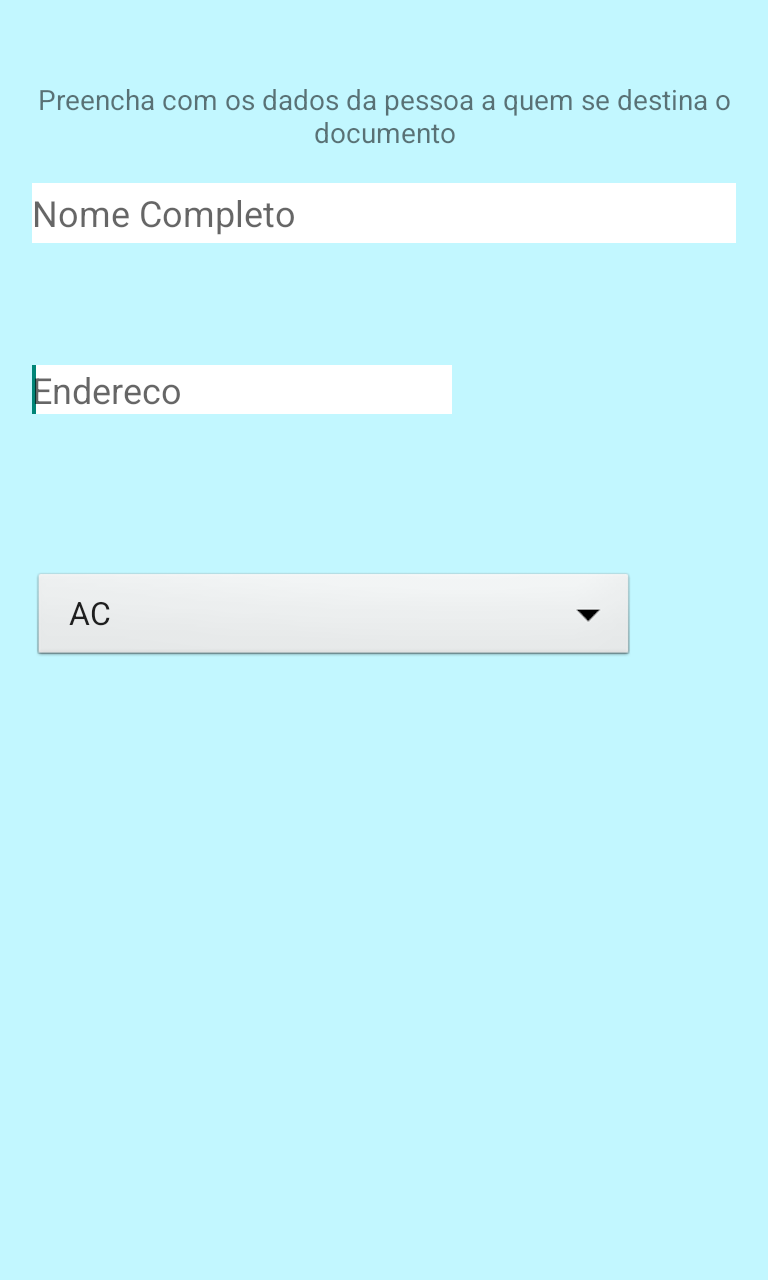
Repository: pdelfino/Projeto-livre
Layout: Protesto Livre/ProtestoLivre/res/layout/fragment_tela05.xml
An editor plug-in stored every save of this project. The layout is shown before and after the next save, followed by the edit.
It is drawn on a 768 x 1280 px phone screen (xhdpi) without system bars, with theme AppTheme; the app's code is not run.

Above is the layout before, as saved 2014-05-29 00:41:22.

### Protesto Livre/ProtestoLivre/res/layout/fragment_tela05.xml
<RelativeLayout xmlns:android="http://schemas.android.com/apk/res/android"
    xmlns:tools="http://schemas.android.com/tools"
    android:layout_width="match_parent"
    android:layout_height="match_parent"
    android:background="#C2F7FF"
    android:paddingBottom="@dimen/activity_vertical_margin"
    android:paddingLeft="@dimen/activity_horizontal_margin"
    android:paddingRight="@dimen/activity_horizontal_margin"
    android:paddingTop="@dimen/activity_vertical_margin"
    tools:context="br.sp.protestolivre.Tela05$PlaceholderFragment" >

    <TextView
        android:id="@+id/textView1"
        android:layout_width="wrap_content"
        android:layout_height="wrap_content"
        android:layout_alignParentTop="true"
        android:layout_centerHorizontal="true"
        android:layout_marginTop="24dp"
        android:gravity="center"
        android:text="Preencha com os dados da pessoa a quem se destina o documento" />

    <Spinner
        android:id="@+id/spinner1"
        android:layout_width="match_parent"
        android:layout_height="wrap_content"
        android:layout_alignRight="@+id/Nome"
        android:layout_alignTop="@+id/Endereco"
        android:layout_marginRight="50dp"
        android:layout_marginTop="102dp"
        android:background="@android:drawable/btn_dropdown"
        android:entries="@array/estados"
        android:spinnerMode="dropdown" />

    <EditText
        android:id="@+id/Endereco"
        android:layout_width="wrap_content"
        android:layout_height="wrap_content"
        android:layout_alignLeft="@+id/spinner1"
        android:layout_below="@+id/Nome"
        android:layout_marginTop="61dp"
        android:background="#ffffff"
        android:ems="10"
        android:hint="Endereco" >

        <requestFocus />
    </EditText>

    <EditText
        android:id="@+id/Nome"
        android:layout_width="wrap_content"
        android:layout_height="30dp"
        android:layout_alignLeft="@+id/textView1"
        android:layout_alignRight="@+id/textView1"
        android:layout_below="@+id/textView1"
        android:layout_marginTop="16dp"
        android:background="#ffffff"
        android:ems="10"
        android:hint="Nome Completo"
        android:inputType="textPersonName" />

</RelativeLayout>

### Protesto Livre/ProtestoLivre/res/values/strings.xml
<?xml version="1.0" encoding="utf-8"?>
<resources>

    <string name="app_name">Protesto Livre</string>
    <string name="hello_world">Hello world!</string>
    <string name="action_settings">Settings</string>
    <string name="title_activity_tela04">Tela04</string>
    <string name="title_activity_tela05">Tela05</string>
	<string-array name="estados">
        <item>AC</item>
		<item>AL</item>
		<item>AP</item>
		<item>AM</item>
		<item>BA</item>
		<item>CE</item>
		<item>DF</item>
		<item>ES</item>
		<item>GO</item>
		<item>MA</item>
		<item>MT</item>
		<item>MS</item>
		<item>MG</item>
		<item>PA</item>
		<item>PB</item>
		<item>PR</item>
		<item>PE</item>
		<item>PI</item>
		<item>RJ</item>
		<item>RN</item>
		<item>RS</item>
		<item>RO</item>
		<item>RR</item>
		<item>SC</item>
		<item>SP</item>
		<item>SE</item>
		<item>TO</item>
    </string-array>
</resources>

Loaded but not shown: Protesto Livre/ProtestoLivre/res/values/styles.xml (common file); Protesto Livre/ProtestoLivre/res/values-v11/styles.xml (common file); Protesto Livre/ProtestoLivre/res/values-v14/styles.xml (common file); Protesto Livre/ProtestoLivre/res/values/dimens.xml (common file); Protesto Livre/ProtestoLivre/res/values-w820dp/dimens.xml (common file)

After the next save:
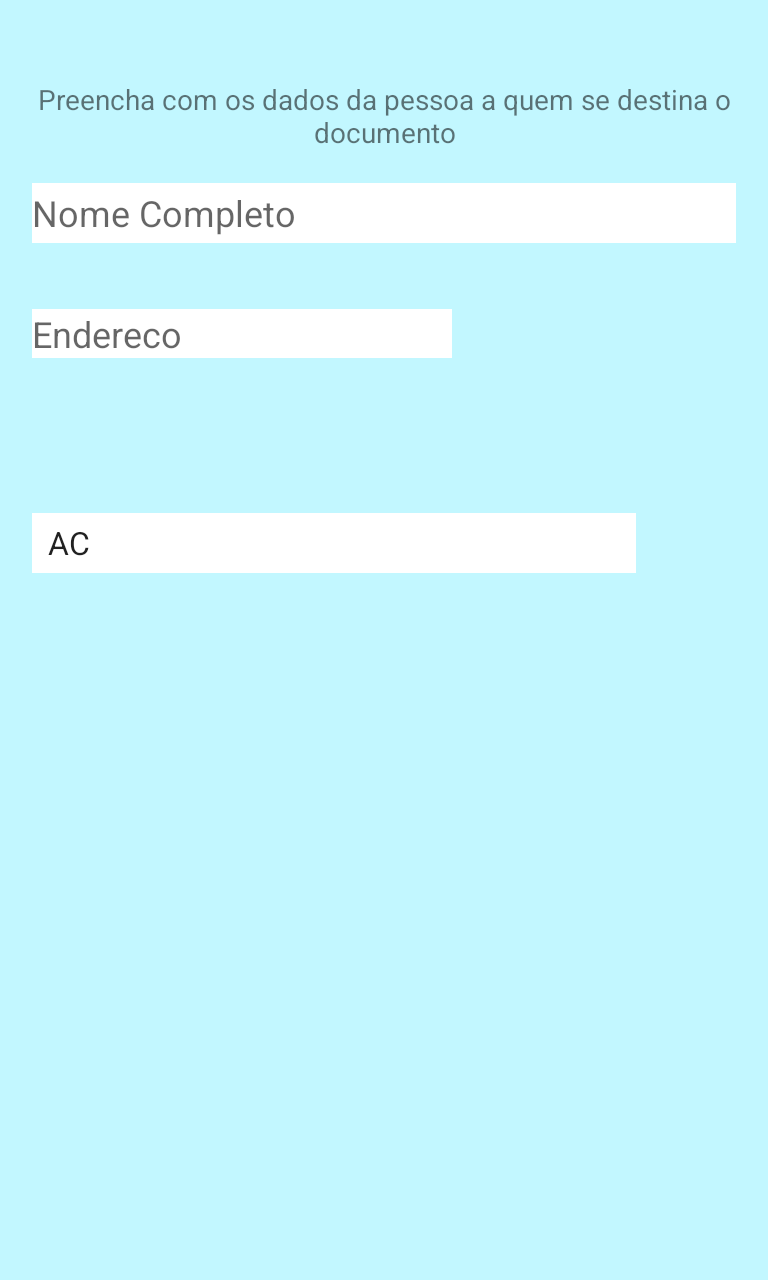
Saved 78 s later.
--- a/Protesto Livre/ProtestoLivre/res/layout/fragment_tela05.xml
+++ b/Protesto Livre/ProtestoLivre/res/layout/fragment_tela05.xml
@@ -22,28 +22,14 @@
     <Spinner
         android:id="@+id/spinner1"
         android:layout_width="match_parent"
-        android:layout_height="wrap_content"
+        android:layout_height="30dp"
         android:layout_alignRight="@+id/Nome"
         android:layout_alignTop="@+id/Endereco"
         android:layout_marginRight="50dp"
         android:layout_marginTop="102dp"
-        android:background="@android:drawable/btn_dropdown"
+        android:background="#ffffff"
         android:entries="@array/estados"
         android:spinnerMode="dropdown" />
-
-    <EditText
-        android:id="@+id/Endereco"
-        android:layout_width="wrap_content"
-        android:layout_height="wrap_content"
-        android:layout_alignLeft="@+id/spinner1"
-        android:layout_below="@+id/Nome"
-        android:layout_marginTop="61dp"
-        android:background="#ffffff"
-        android:ems="10"
-        android:hint="Endereco" >
-
-        <requestFocus />
-    </EditText>
 
     <EditText
         android:id="@+id/Nome"
@@ -58,4 +44,15 @@
         android:hint="Nome Completo"
         android:inputType="textPersonName" />
 
+    <EditText
+        android:id="@+id/Endereco"
+        android:layout_width="wrap_content"
+        android:layout_height="wrap_content"
+        android:layout_alignLeft="@+id/Nome"
+        android:layout_below="@+id/Nome"
+        android:layout_marginTop="33dp"
+        android:background="#ffffff"
+        android:ems="10"
+        android:hint="Endereco" />
+
 </RelativeLayout>
